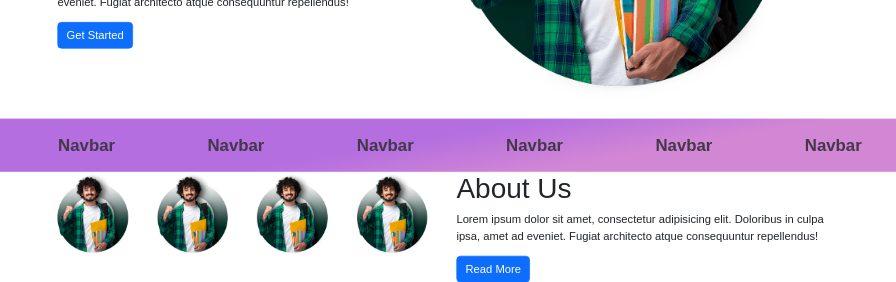
Repository: tagnam/project27012025
Page: index.html
An editor plug-in stored every save of this project. The page is shown before and after a run of saves, followed by the edit.
The browser window is 1280 px wide. The pictures show the part of the page from y = 409 to 2329 px (the page is 812 px tall before and 2871 px after), at 70% of full size.

Above is the page before, as saved 2025-01-27 16:18:04.

After the next 3 saves:
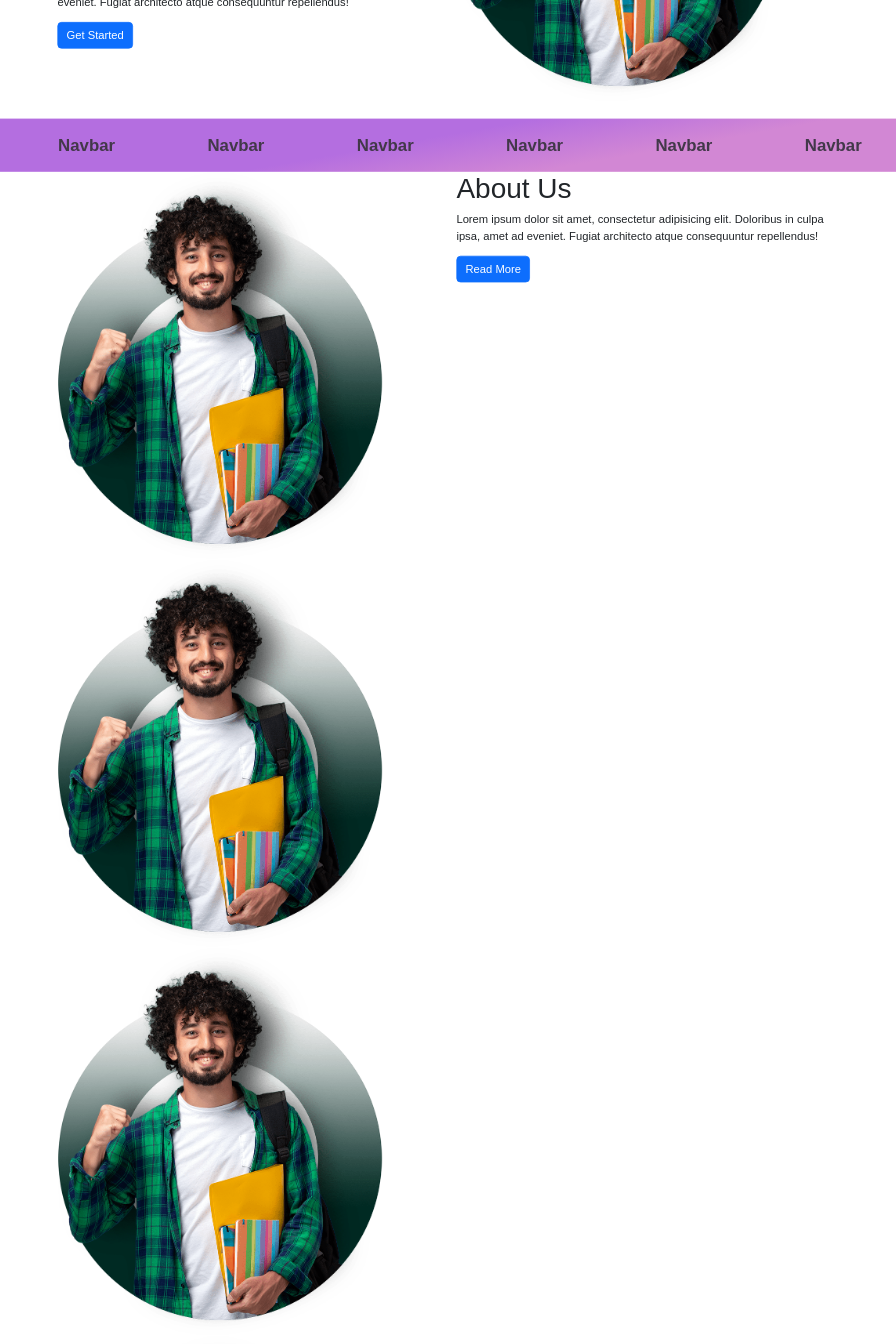
The 3 saves are shown as one change because they came seconds apart.
The last was saved 14 s later.
--- a/index.html
+++ b/index.html
@@ -130,7 +130,7 @@
     <div class="container">
         <div class="row">
             <div class="col-lg-6 col-md-6 col-sm-12">
-                <div class="row">
+                <div class="img">
                     <div class="col">
                         <div class="img">
                             <img src="image/hero-banner-01.webp" class="w-100" alt="">

After the save that followed:
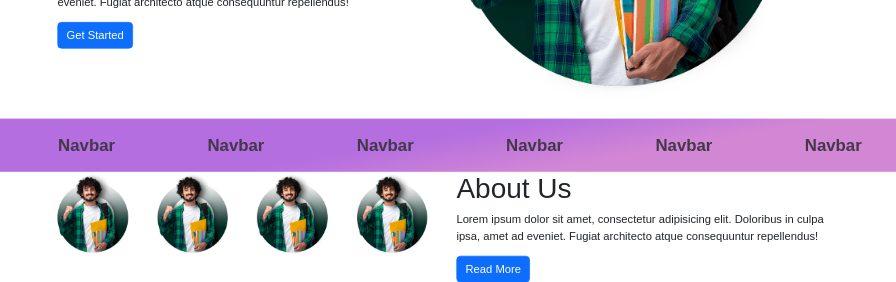
Saved 6 s later.
--- a/index.html
+++ b/index.html
@@ -130,7 +130,7 @@
     <div class="container">
         <div class="row">
             <div class="col-lg-6 col-md-6 col-sm-12">
-                <div class="img">
+                <div class="row ">
                     <div class="col">
                         <div class="img">
                             <img src="image/hero-banner-01.webp" class="w-100" alt="">
